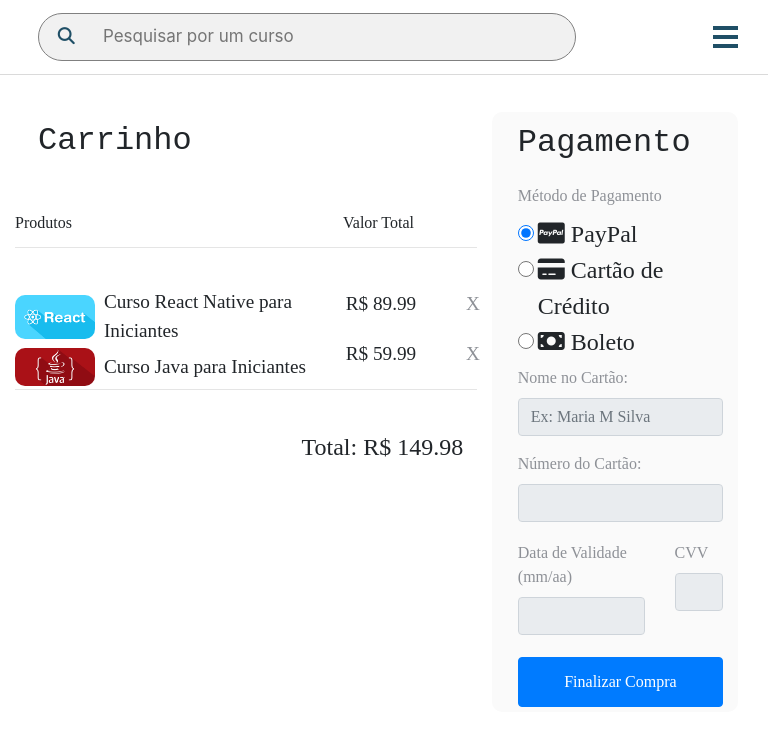
Repository: dudualtmann/Wissen
Page: Projeto Final2/WebContent/checkout.html
An editor plug-in stored every save of this project. The page is shown before and after the next save, followed by the edit.
The browser window is 768 px wide. The pictures show the whole page.
Some web fonts or font styles are not loaded; a fallback is used. Some web libraries are served in a nearby version.

Above is the page before, as saved 2021-01-30 06:57:18.

### Projeto Final2/WebContent/checkout.html
<!doctype html>
<html lang="pt-br">
  <head>
    <title>Wissen | Checkout</title>
    <!-- Required meta tags -->
    <meta charset="ISO-8859-1">
    <meta name="viewport" content="width=device-width, initial-scale=1, shrink-to-fit=no">
    <link href="https://fonts.googleapis.com/css2?family=Bree+Serif&display=swap" rel="stylesheet">
    <link href="https://fonts.googleapis.com/css2?family=Big+Shoulders+Inline+Display:wght@600&display=swap" rel="stylesheet">
    <link rel="preconnect" href="https://fonts.gstatic.com">
    <link href="https://fonts.googleapis.com/css2?family=Major+Mono+Display&display=swap" rel="stylesheet">
    <link rel="stylesheet" href="css/style.css">
    <link rel="stylesheet" href="css/checkout.css">
    <script src="https://kit.fontawesome.com/b1b1442df1.js" crossorigin="anonymous"></script>
    <!-- Bootstrap CSS -->
    <link rel="stylesheet" href="https://stackpath.bootstrapcdn.com/bootstrap/4.3.1/css/bootstrap.min.css" integrity="sha384-ggOyR0iXCbMQv3Xipma34MD+dH/1fQ784/j6cY/iJTQUOhcWr7x9JvoRxT2MZw1T" crossorigin="anonymous">
  </head>
  <body>

    <header class="header-wissen">
        <nav class="menu-topo-wissen row">
        <div class="wis-menu col-sm-2">
            <a class="logo-wissen-a" href="index.html" title="Wissen - A Plataforma do Conhecimento">
                <img class="logo-wissen" src="images/labelwissen.png" alt="WISSEN">
            </a>
        </div>

        <nav class="menu-itens col-sm-6">
            <span class="nav-item"><a href="#">Categorias</a></span>
            <span class="span-search">
                <input type="text" placeholder="Pesquisar por um curso">
                <button type="submit"><i class="fa fa-search"></i></button>
            </span>
        </nav>

        <div class="login-box col-sm-4 pr-5">
            <a class="btn-cart" href="#" role="button" ><i class="fas fa-shopping-cart"></i></a>
            <a class="btn-heart" href="#" role="button" ><i class="fas fa-heart"></i></a>
            <a class="btn-cursos" href="#" role="button" >Meus Cursos</a>
            <a href="#"><i class="fas fa-user link-login-wissen login-svg" ></i></a>
        </div>
    </nav>
    <!-- Mobile -->
    <nav class="nav-mobile">


        <span class="span-search">
            <input type="text" placeholder="Pesquisar por um curso">
            <button type="submit"><i class="fa fa-search"></i></button>
        </span>



        <div class="burger">
            <div class="line1"></div>
            <div class="line2"></div>
            <div class="line3"></div>
        </div>

        <ul class="nav-links">
            <li class="nav-li1"><a href="#">Categorias</a></li>
            <li ><a class="btn-cart" href="#" role="button" ><i class="fas fa-shopping-cart"></i></a></li>
            <li ><a class="btn-heart" href="#" role="button" ><i class="fas fa-heart"></i></a></li>
            <li ><a class="btn-cursos" href="#" role="button" >Meus Cursos</a></li>
            <li><a href="#"><i class="fas fa-user link-login-wissen login-svg"></i></a></li>
            <li><a class="logo-wissen-a" href="home.html" title="Wissen - A Plataforma do Conhecimento">
                <img class="logo-wissen" src="images/labelwissen.png" alt="WISSEN">
            </a></li>
        </ul>
    </nav>
    </header>

    <main class="container-fluid">
        <form action="SvCadastroPedido" method="POST">
            <input type="hidden" name="id_cursos" id="id_cursos" value="">
            <input type="hidden" name="total-price" id="total-price" value="">

        <section class="row main-section">

        <div class="col-md-8 left-col">
            <p class="p-title">Carrinho</p>
            <div class="divider">
                <div class="div-products">
                    <div class="row labels">
                        <p class="col-md-8">Produtos</p>
                        <p class="col-md-4">Valor Total</p>
                    </div>
                    <hr>

                    <div class="courses row align-items-center">
                        <div class="col-md-8 item">
                            <img src="images/react.png" alt="">
                            <div class="p-text">Curso React Native para Iniciantes</div>
                        </div>
                        <div class="col-md-3">
                            <div class="p-text">R$ 89.99</div>
                        </div>
                        <div class="col-md-1"><button class="btn-x">X</button></div>
                        <input type="hidden" class="id-curso" value="2">
                    </div>

                    <div class="courses row align-items-center">
                        <div class="col-md-8 item">
                            <img src="images/java.png" alt="">
                            <div class="p-text">Curso Java para Iniciantes</div>
                        </div>
                        <div class="col-md-3">
                            <div class="p-text">R$ 59.99</div>
                        </div>
                        <div class="col-md-1"><button class="btn-x">X</button></div>
                        <input type="hidden" class="id-curso" value="1">
                    </div>

                    <hr>
                    <div class="total">
                        <p class="total-price">Total: R$ <span id="preco-total">149.98</span></p>
                    </div>

                </div>
            </div>
        </div>

        <div class="col-md-4 right-col">
            <p class="p-title">Pagamento</p>
            <div class="div-checkout">
                <label class="l-text">Método de Pagamento</label>
                <div class="form-check">
                    <label class="form-check-label">
                    <input type="radio" class="form-check-input" name="payment-method" id="" value="PayPal" checked>
                    <i class="fab fa-cc-paypal"></i> PayPal
                  </label>
                </div>
                <div class="form-check">
                    <label class="form-check-label">
                    <input type="radio" class="form-check-input" name="payment-method" id="" value="Cartão de Crédito">
                    <i class="fas fa-credit-card"></i> Cartão de Crédito
                  </label>
                </div>
                <div class="form-check">
                    <label class="form-check-label">
                    <input type="radio" class="form-check-input" name="payment-method" id="" value="Boleto">
                    <i class="fas fa-money-bill"></i> Boleto
                  </label>

                </div>
                <div class="form-group first-input">
                    <label class="l-text">Nome no Cartão:</label>
                    <input type="text"
                      class="form-control" name="name" id="" aria-describedby="helpId" placeholder="Ex: Maria M Silva" disabled>
                </div>
                <div class="form-group">
                    <label class="l-text">Número do Cartão:</label>
                    <input type="text"
                      class="form-control" name="name" id="" aria-describedby="helpId" placeholder="" disabled>
                </div>

                <div class="row">
                  <div class="form-group col-md-8">
                    <label class="l-text">Data de Validade (mm/aa)</label>
                    <input type="text"
                        class="form-control" name="" id="" aria-describedby="helpId" placeholder="" disabled>
                  </div>
                  <div class="form-group col-md-4">
                    <label class="l-text">CVV</label>
                    <input type="number"
                        class="form-control" name="" id="" aria-describedby="helpId" placeholder="" disabled>
                  </div>
                </div>

                <input name="" id="" class="btn btn-primary btn-finalizar" type="submit" value="Finalizar Compra">
            </div>
        </div>

    </section>
    </form>
    </main>





    <!-- Optional JavaScript -->

    <script src="https://ajax.googleapis.com/ajax/libs/jquery/3.5.1/jquery.min.js"></script>


    <!-- jQuery first, then Popper.js, then Bootstrap JS -->
    <script src="https://code.jquery.com/jquery-3.3.1.slim.min.js" integrity="sha384-q8i/X+965DzO0rT7abK41JStQIAqVgRVzpbzo5smXKp4YfRvH+8abtTE1Pi6jizo" crossorigin="anonymous"></script>
    <script src="https://cdnjs.cloudflare.com/ajax/libs/popper.js/1.14.7/umd/popper.min.js" integrity="sha384-UO2eT0CpHqdSJQ6hJty5KVphtPhzWj9WO1clHTMGa3JDZwrnQq4sF86dIHNDz0W1" crossorigin="anonymous"></script>
    <script src="https://stackpath.bootstrapcdn.com/bootstrap/4.3.1/js/bootstrap.min.js" integrity="sha384-JjSmVgyd0p3pXB1rRibZUAYoIIy6OrQ6VrjIEaFf/nJGzIxFDsf4x0xIM+B07jRM" crossorigin="anonymous"></script>
    <script src="js/nav.js"></script>
    <script src="js/checkout.js"></script>

  </body>
</html>

### Projeto Final2/WebContent/css/style.css
/* style.css */

/* --- Header ---- */

.menu-topo-wissen{
    width: 100%;
}

.logo-wissen{
    margin-left: 25px;
    width: 170px;
}

.header-wissen{
    height: 75px;
    position: fixed;
    top: 0;
    z-index: 120;
    background-color: #fff;
    width: 100%;
    display: flex;
    align-items: center;
    padding: 0;
    border-bottom: 1px solid #dadada;
    box-sizing: border-box;
}

.login-box{
    display: flex;
    flex: 0 0 auto;
    align-items: center;
    justify-content: flex-end;
}

.login-svg{
    width: 30px;
}

.btn-cadastrar{
    background: #D9E7EE;
    right: 25px;
    color: #1F4F66;
    top: 18px;
    padding: 13px 20px;
    border-radius: 26px;
    font-weight: 600;
    margin-right: 10px;
    cursor: pointer;
    text-decoration: none;
}

.menu-itens{
    display: flex;
    justify-content: flex-start;
    align-items: center;
    font-family: 'Bree Serif', serif;
}

.menu-itens span a{
    text-decoration: none;
    color: #1F4F66;
    font-size: 1.4rem;
}

.menu-itens span a:hover{
    color: #1f50669a;
}

.nav-item{
    margin-left: 5%;
}

.burger{
    display: none;
}

.burger div{
    width: 25px;
    height: 4px;
    background-color:  #1F4F66;
    margin: 5px;
}

.nav-links{
    font-family: 'Bree Serif', serif;
    list-style: none;
    color: #1F4F66;
    font-size: 1.4rem;
    display: none;
}

.nav-links a{
    color: #1F4F66;
    text-decoration: none;
}

.nav-links a:hover{
    color: #1f50669a;
    text-decoration: none;
}

.nav-mobile{
    display: none;
}

/* CSS da NAV de quanto está logado */

.btn-cart{
    color: #1F4F66;
    font-size: 25px;
    padding: 13px 20px;

}

.btn-heart{
    color: #1F4F66;
    font-size: 25px;
    padding: 13px 20px;
    border-radius: 26px;
    margin-right: 20px;
}

.login-box a:hover{
    color:  #1f50669a;
}

.span-search {
    border: 1px solid grey;
    background: #f1f1f1;
    border-radius: 25px;
    width: 100%;
    margin-left: 5%;
}

.span-search input{
    padding: 10px;
    font-size: 17px;
    border: none;
    width: 90%;
    background: transparent;
    outline: none;
}

.span-search button {
    width: 10%;
    padding: 10px;
    float: left;
    background-color: transparent;
    border: none;
    text-decoration: none;
    color: #1F4F66;
    font-size: 17px;
    border-left: none; /* Prevent double borders */
    cursor: pointer;
}

.btn-cursos{
    font-family: 'Bree Serif', serif;
    text-decoration: none;
    color: #1F4F66;
    font-size: 1.4rem;
    margin-right: 5%;
}

.btn-cursos:hover{
    text-decoration: none;
    color:  #1f50669a;
}

.login-svg{
    color: #1F4F66; font-size: 30px;

}

.cart-number{
    position: absolute;
    text-align: center;
    font-family: 'Bree Serif', serif;
    top: 15px;
    right: 327px;
    background-color: red;
    width: 20px;
    border-radius: 80%;
}

/* Footer */

.footer-wissen{
    width: 100vw;
    background-color: rgb(241, 241, 241);
}

.footer-slogan h1{
    color: black;
    font-family: 'Bree Serif', serif;
    font-size: 24px;
    font-weight: 600;
    line-height: 1.88;
}

.copyright p{
    color:  rgba(121, 121, 121, 0.7);
    font-family: Inter;
    font-size: 1.3rem;
    font-weight: 300;
}



@media screen and (max-width:848px){

    .nav-mobile{
        display: flex;
        justify-content: space-around;
        align-items: center;
    }

    .wis-menu{
        position: absolute;
        left: 0;
    }

    .menu-topo-wissen .wis-menu,.menu-topo-wissen .menu-itens, .menu-topo-wissen .login-box{
        display: none;
    }

    .burger{
        display: block;
        margin-right: 25px;
        cursor: pointer;
    }

    .nav-links{
        display: flex;
        position: absolute;
        right: 0px;
        height: 110vh;
        top: 75px;
        background-color:#fff;
        flex-direction: column;
        align-items: center;
        width: 100%;
        transition: transform 0.5s ease-in;
        transform: translateX(100%);
    }

    .nav-links li{
        padding: 20px;
        opacity: 0;
    }

    .nav-li1{
        margin-top: 20px;
    }

    .login-box{
        margin-left: 40%;
    }

    .span-search input{
        width: 80%;
    }

    .span-search{
        width: 70%;
        position: absolute;
        left: 0;
    }

    .btn-heart{
        margin-right: 0;
    }

    .btn-cursos{
        margin-right: 0;
    }



}

.nav-active{
    transform: translateX(0%);
}

@keyframes navLinkFade{
    from{
        opacity: 0;
        transform: translateX(50px);
    }
    to{
        opacity: 1;
        transform: translateX(0px);
    }
}

### Projeto Final2/WebContent/css/checkout.css
/* checkout.css */

*{
    margin: 0px;
    padding: 0px;
    box-sizing: border-box;
    text-decoration: none;

}

.main-section{
    margin-top: 75px;
    width: 100%;
    height: 100%;
}

.p-title{
    margin-top: 1%;
    font-size: 2.0rem;
    margin-left: 5%;
    font-family: 'Major Mono Display', monospace;
}

.left-col,.right-col{
    margin-top: 5%;
    height: 600px;
}

/* Left-col */

.div-products{
    font-family: 'Bree Serif', serif;
    width: 85%;
}

.labels{
    height: 20px;
}

.divider{
    width: 100%;
    margin-top: 3%;
    display: flex;
    justify-content: center;
}

.courses{
    margin-top: 2%;
    height: 50px;
}

.btn-x{
    background-color: #FFFFFF;
    border: none;
    width: 100%;
    font-size: 1.2rem;
    color: #8E9197;
}

.btn-x:hover{
    color: #c4c4c5;
}

.p-text{
    font-size: 1.2rem;
    margin-left: 3%;
}

.item{
    display: flex;
    align-items: center;
}

.item img{
    width: 80px;
    border-radius: 10px;
}

.total{
    display: flex;
    width: 100%;
    justify-content: flex-end;
}

.total-price{
    margin-right: 3%;
    font-size: 1.5rem;
}

/* Right-col */

.right-col{
    background-color: #FAFAFA;
    padding: 5px;
    border-radius: 10px;
}

.div-checkout{
    margin-top: 8%;
    margin-left: 5%;
    font-family: 'Bree Serif', serif;
}

.l-text{
    font-family: 'Bree Serif', serif;
    font-size: 1.0rem;
    color: #8E9197;
}

.form-check-label{
    font-size: 1.5rem;
}

.form-check-input{
    height: 1.5rem;
    width: 1rem;
}

.form-group{
    margin-top: 1%;
}

.first-input{
    margin-top: 3%;
}

.btn-finalizar{
    margin-top: 3%;
    width: 100%;
    height: 50px;
}

@media screen and (max-width: 768px){
	.div-products{
    width: 100%;
}

.total-price{
	margin-top: 5%;
}

.item{
	margin-top: 5%;
}

.btn-x{
	width:5%;
}

.divider{
	margin-top:10%;
}
	}

### Projeto Final2/WebContent/js/nav.js
// nav.js
const navSlide = () =>{
    const burger = $('.burger').get(0);
    const nav = $('.nav-links').get(0);
    const navLinks = document.querySelectorAll('.nav-links li');
    const navLinks2 = $('nav-links li');


    burger.addEventListener('click', () => {
        // Toggle Nav
        nav.classList.toggle('nav-active');
        // Animated Links
        navLinks.forEach((link,index) => {
        if(link.style.animation){
            link.style.animation = '';
        }
        else{
            link.style.animation =  `navLinkFade 0.5s ease forwards ${index/5+0.5}s`;
        }

    });
    });

    $(document).on('click', '.nav-links li a', function(){
        // Toggle Nav
        nav.classList.toggle('nav-active');
        // Animated Links
        navLinks.forEach((link,index) => {
        if(link.style.animation){
            link.style.animation = '';
        }
        else{
            link.style.animation =  `navLinkFade 0.5s ease forwards ${index/5+0.5}s`;
        }

    });
    })





}

navSlide();

### Projeto Final2/WebContent/js/checkout.js
// checkout.js

$(document).ready(function(){
    var divCursos = $(".id-curso");
    let idCursos = "";



    for(i = 0; i < divCursos.length;i++){
        if(divCursos.eq(i).val() != undefined){
            if(i >= 1)
            idCursos += "," + divCursos.eq(i).val();
            else
            idCursos = divCursos.eq(0).val();
        }

    }

$('#id_cursos').val(idCursos);

$('#total-price').val($('#preco-total').text());

})

var carrinho = $('.cart-number').text();

$(document).on('click', '.btn-x', function() {
    let id = $(this).parent().parent().find("input").val();
    let parentDiv = $(this).parent().parent();
    let coursePrice = $(this).parent().parent().find(".col-md-3 .p-text .course-price").text();
    $.ajax({url:"SvRemoveCarrinho", data: {idCurso:id},type: "post", success: function(responseText) {
        if(responseText == "ok"){
            // Curso removido do carrinho com sucesso
            carrinho -= 1;
            $('.cart-number').text(carrinho).show();

            console.log(coursePrice + " Course-price");
            let totalPrice = $('#total-price').val();
            console.log(totalPrice + " total price");
            totalPrice -= coursePrice;
            $('#total-price').val(totalPrice);
            $('#preco-total').text(totalPrice)
            parentDiv.remove();
        } else{
            // Erro ao adicionar curso no carrinho
            alert('erro: '+responseText);
        }

    }});
});

$(document).on('change', "#credit-card",function(){
	if($(this).prop("checked")){
		$('.card-info').prop("disabled",false);
	}
});

$(document).on('change', '#paypal, #boleto',function(){
	if($(this).prop("checked")){
		$('.card-info').prop("disabled",true);
	}
});

After the next save:
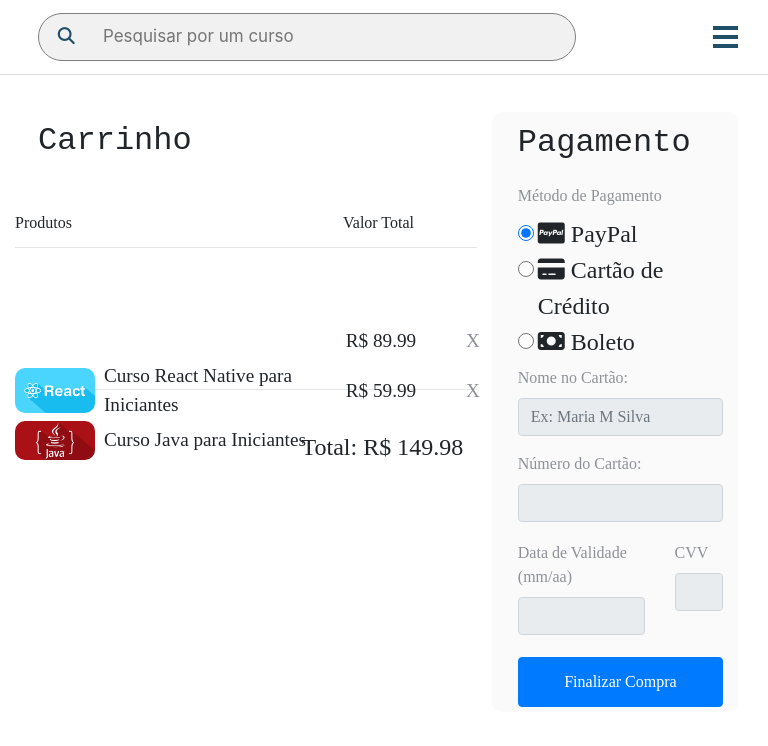
Saved 92 s later.
--- a/Projeto Final2/WebContent/css/checkout.css
+++ b/Projeto Final2/WebContent/css/checkout.css
@@ -140,7 +140,7 @@
 }
 
 .item{
-	margin-top: 5%;
+	margin-top: 20%;
 }
 
 .btn-x{

After the save that followed:
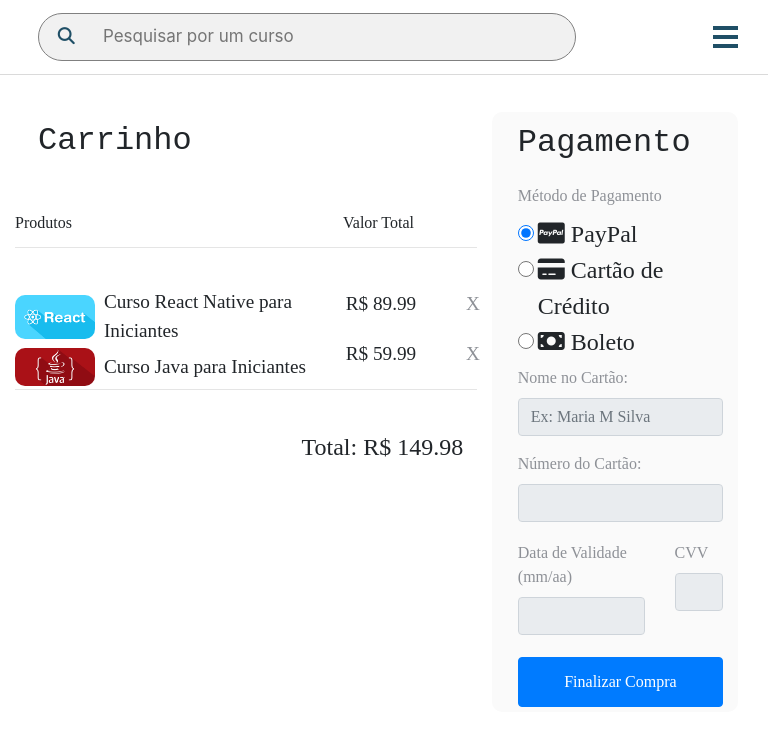
Saved 7 s later.
--- a/Projeto Final2/WebContent/css/checkout.css
+++ b/Projeto Final2/WebContent/css/checkout.css
@@ -140,7 +140,7 @@
 }
 
 .item{
-	margin-top: 20%;
+	margin-top: 5%;
 }
 
 .btn-x{
